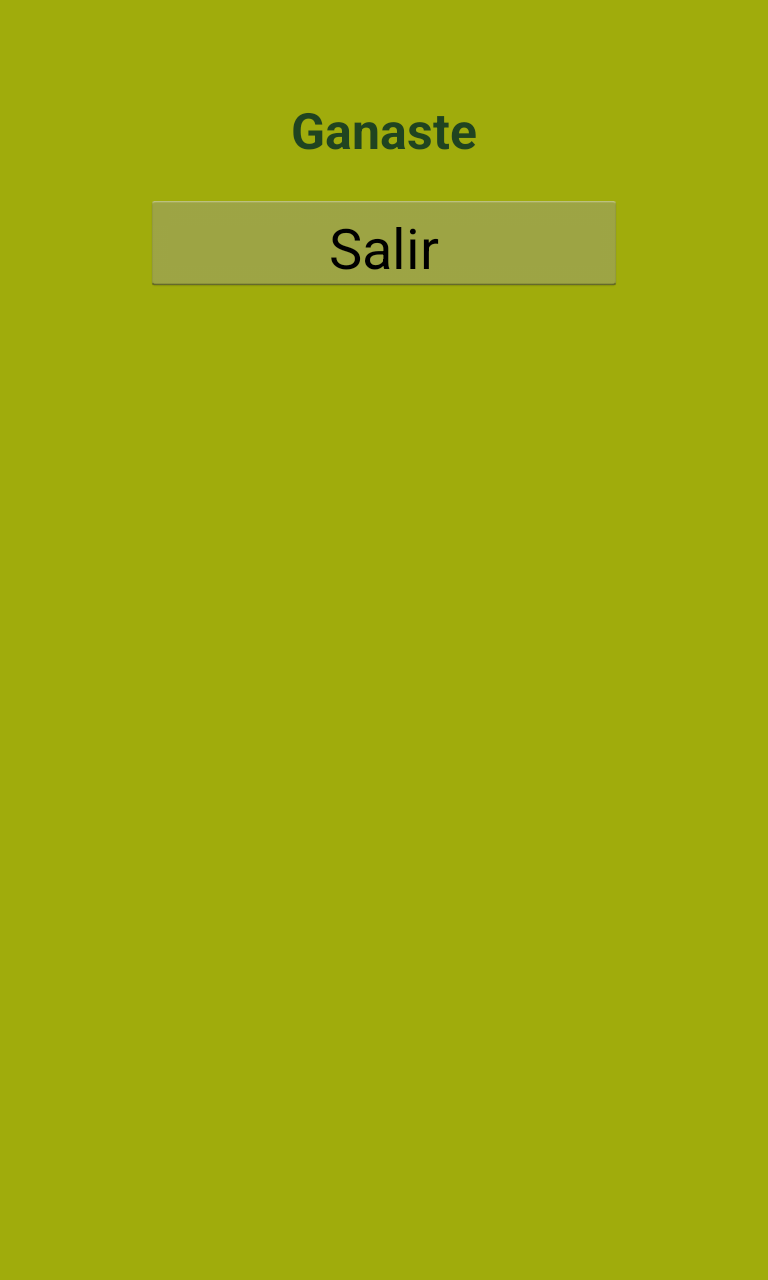
Repository: lainodHO/Proyectos-Moviles
Layout: Adventure/res/layout/activity_cuarto.xml
An editor plug-in stored every save of this project. The layout is shown before and after the next save, followed by the edit.
It is drawn on a 768 x 1280 px phone screen (xhdpi) without system bars, with theme AppTheme; the app's code is not run.

Above is the layout before, as saved 2019-04-05 01:58:06.

### Adventure/res/layout/activity_cuarto.xml
<LinearLayout xmlns:android="http://schemas.android.com/apk/res/android"
    android:layout_width="fill_parent"
    android:layout_height="fill_parent"
    android:background="#A0AC0C"
    android:orientation="vertical" >
           <TextView
        android:id="@+id/textView1"
        android:layout_width="wrap_content"
        android:layout_height="wrap_content"
        android:layout_alignParentTop="true"
        android:layout_centerHorizontal="true"
        android:layout_marginTop="48dp"
        android:layout_gravity="center"
        android:text="Ganaste"
        android:textColor="#204420"
        android:textSize="25dp"
        android:textStyle="bold" />

               <Button
android:layout_width="240dp"
android:layout_height="50dp"
android:layout_marginTop="15dp"
android:text="Salir"
android:layout_gravity="center"
android:textSize="28dp"
android:gravity="center"
android:onClick="cerrar_a´li"/>


</LinearLayout>

Loaded but not shown: Adventure/res/values/styles.xml (common file); Adventure/res/values-v11/styles.xml (common file); Adventure/res/values-v14/styles.xml (common file)

After the next save:
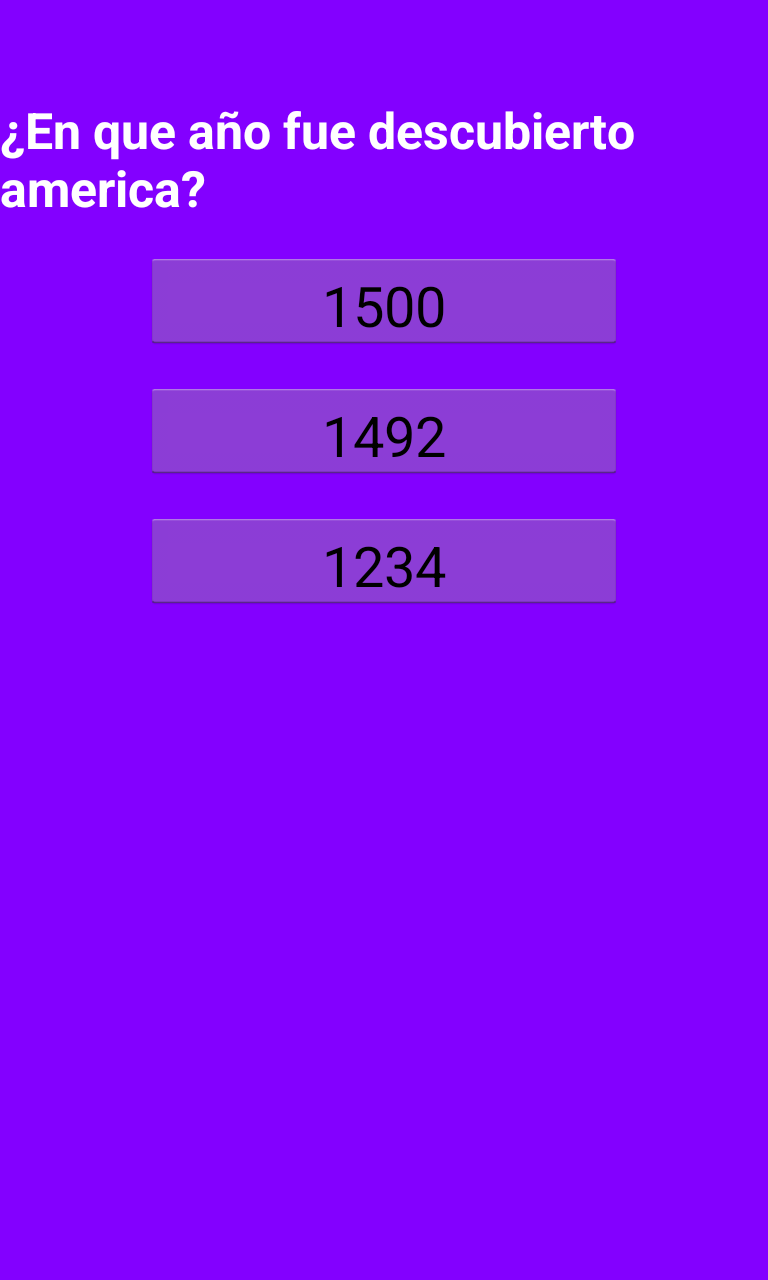
Saved 41 s later.
--- a/Adventure/res/layout/activity_cuarto.xml
+++ b/Adventure/res/layout/activity_cuarto.xml
@@ -1,9 +1,9 @@
 <LinearLayout xmlns:android="http://schemas.android.com/apk/res/android"
     android:layout_width="fill_parent"
     android:layout_height="fill_parent"
-    android:background="#A0AC0C"
+    android:background="#8300FF"
     android:orientation="vertical" >
-           <TextView
+            <TextView
         android:id="@+id/textView1"
         android:layout_width="wrap_content"
         android:layout_height="wrap_content"
@@ -11,20 +11,40 @@
         android:layout_centerHorizontal="true"
         android:layout_marginTop="48dp"
         android:layout_gravity="center"
-        android:text="Ganaste"
-        android:textColor="#204420"
+        android:text="¿En que año fue descubierto america?"
+        android:textColor="#FFFFFF"
         android:textSize="25dp"
         android:textStyle="bold" />
 
-               <Button
-android:layout_width="240dp"
-android:layout_height="50dp"
-android:layout_marginTop="15dp"
-android:text="Salir"
-android:layout_gravity="center"
-android:textSize="28dp"
-android:gravity="center"
-android:onClick="cerrar_a´li"/>
+                    <Button
+        android:layout_width="240dp"
+        android:layout_height="50dp"
+        android:layout_marginTop="15dp"
+        android:text="1500"
+        android:layout_gravity="center"
+        android:textSize="28dp"
+        android:gravity="center"
+        android:onClick="pasaral2"/>
+
+                   <Button
+        android:layout_width="240dp"
+        android:layout_height="50dp"
+        android:layout_marginTop="15dp"
+        android:text="1492"
+        android:layout_gravity="center"
+        android:textSize="28dp"
+        android:gravity="center"
+        android:onClick="pasaral3"/>
+
+                                <Button
+        android:layout_width="240dp"
+        android:layout_height="50dp"
+        android:layout_marginTop="15dp"
+        android:text="1234"
+        android:layout_gravity="center"
+        android:textSize="28dp"
+        android:gravity="center"
+        android:onClick="pasaral4"/>
 
 
 </LinearLayout>
